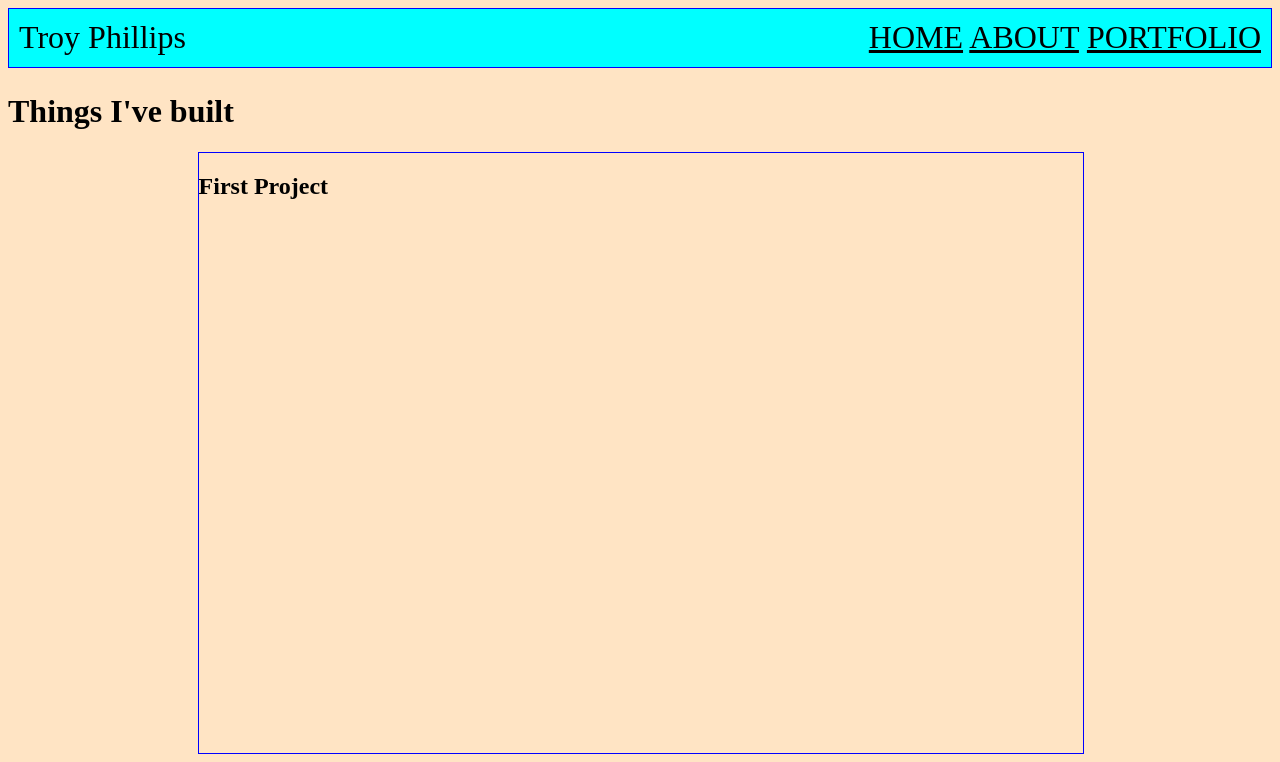
Repository: TheTroyPhillips/Personal-website
Page: portfolio.html
These files come from the project's save history. The page is drawn as it stood at one moment and after the next save; the edit follows.
The browser window is 1280 px wide. The pictures show the whole page.

Above is the page before, as saved 2023-09-10 22:34:36.

After the next save:
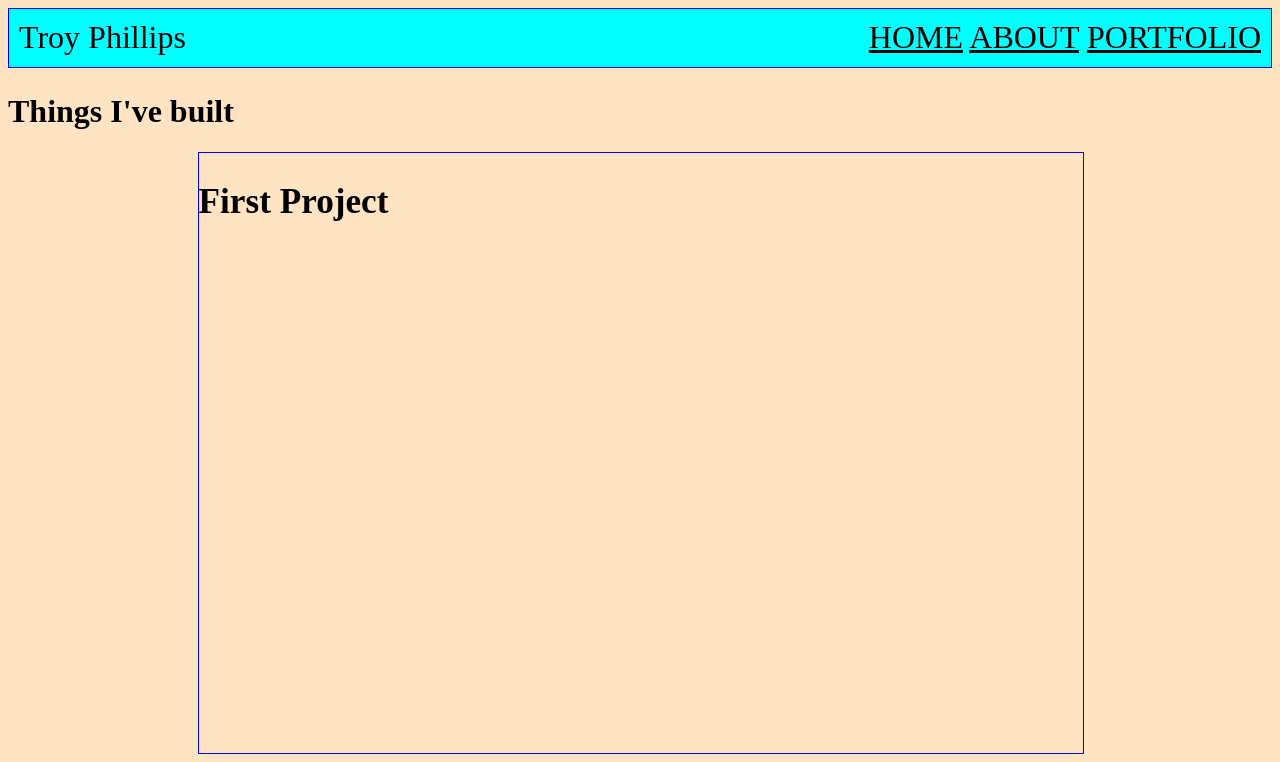
Saved 7 s later.
--- a/style.css
+++ b/style.css
@@ -54,5 +54,5 @@ h2{
     margin-left: 15%;
 }
 .two{
-    font-size: 1.5rem;
+    font-size: 2.2rem;
 }
